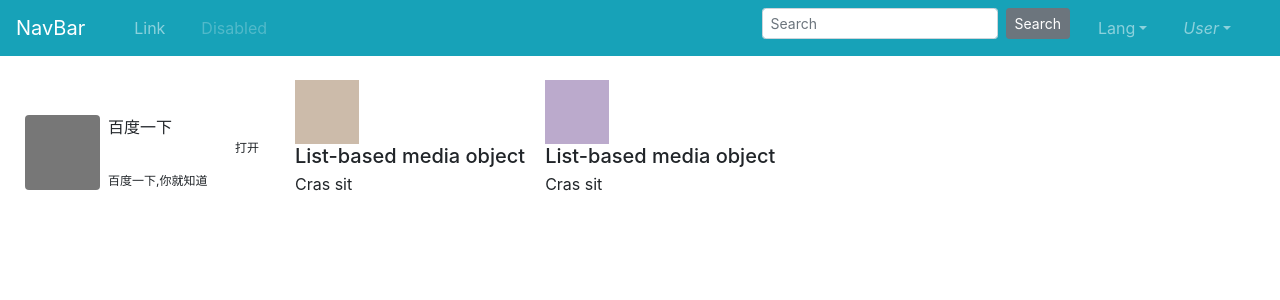
Repository: Funnyrz/vue-nav
Page: /
These files come from the project's save history. The page is drawn as it stood at one moment and after the next save; the edit follows.
The browser window is 1280 px wide. The pictures show the whole page.
The project was rebuilt for these pictures with package versions that can differ from the ones it lists, and the page was loaded fresh each time.

Above is the page before, as saved 2020-08-26 12:17:54.

After the next save:
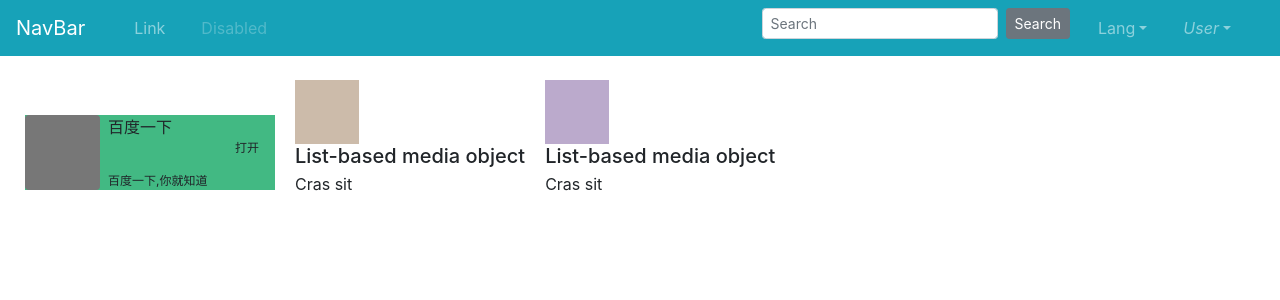
Saved 12 s later.
--- a/src/components/HelloWorld.vue
+++ b/src/components/HelloWorld.vue
@@ -118,6 +118,7 @@ a {
 }
 .nav-li{
   width: 20%;
+  background: #42b983;
 }
 .nav-card{position:relative;width:100%;margin-left: 8px;}
 .nav-card-text{
